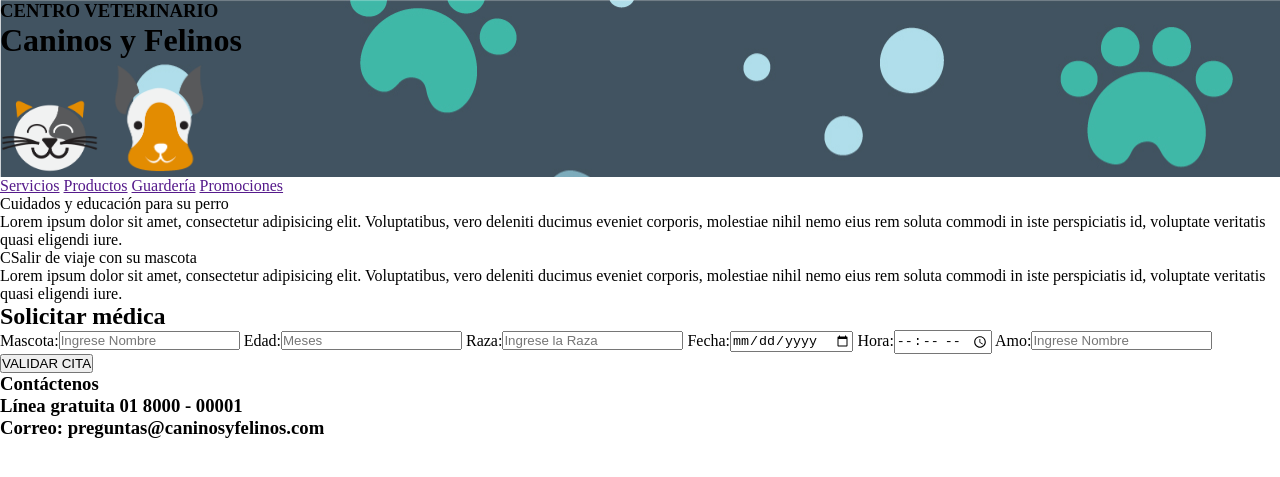
Repository: mariomr87/senaweb01
Page: principal.html
An editor plug-in stored every save of this project. The page is shown before and after the next save, followed by the edit.
The browser window is 1280 px wide. The pictures show the whole page.

Above is the page before, as saved 2021-09-26 19:45:19.

### principal.html
<!DOCTYPE html>
<html lang="en">
<head>
    <meta charset="UTF-8">
    <meta http-equiv="X-UA-Compatible" content="IE=edge">
    <meta name="viewport" content="width=device-width, initial-scale=1.0">
    <link rel="stylesheet" href="estilos.css">
    <title>Document</title>
</head>
<body>
    <div>
        <header>
            <div id="cabecera">
                <div class="header-text">
                    <h3>CENTRO VETERINARIO</h3>
                    <h1>Caninos y Felinos</h1>
                </div>
                <div class="header-text">
                    <img src="./imagenes/cat_white.png" alt="">
                    <img src="./imagenes/dog_white.png" alt="">
                </div>
            </div>
        </header>
        <nav>
            <td>
                <tr><a href="">Servicios</a></tr>
                <tr><a href="">Productos</a></tr>
                <tr><a href="">Guardería</a></tr>
                <tr><a href="">Promociones</a></tr>
            </td>
        </nav>
        <section>
            <article>
                <p>Cuidados y educación para su perro</p>
                <p>Lorem ipsum dolor sit amet, consectetur adipisicing elit. Voluptatibus, vero deleniti ducimus eveniet corporis, molestiae nihil nemo eius rem soluta commodi in iste perspiciatis id, voluptate veritatis quasi eligendi iure.</p>
            </article>
            <article>
                <p>CSalir de viaje con su mascota</p>
                <p>Lorem ipsum dolor sit amet, consectetur adipisicing elit. Voluptatibus, vero deleniti ducimus eveniet corporis, molestiae nihil nemo eius rem soluta commodi in iste perspiciatis id, voluptate veritatis quasi eligendi iure.</p>
            </article>
        </section>
        <aside>
            <form action="">
                <div><h2>Solicitar médica</h2></div>
                <div>
                    <label for="mascota_name">Mascota:</label><input type="text" placeholder="Ingrese Nombre" id="">
                    <label for="age_pet">Edad:</label><input type="number" name="" id="" placeholder="Meses">
                    <label for="raza_pet">Raza:</label><input type="text" name="" id="" placeholder="Ingrese la Raza">
                    <label for="fecha_ingreso_pet">Fecha:</label><input type="date" name="" id="">
                    <label for="hora_ingreso_pet">Hora:</label><input type="time" name="" id="">
                    <label for="amo_pet">Amo:</label><input type="text" name="" id="" placeholder="Ingrese Nombre">
                    <button type="submit">VALIDAR CITA</button>
                </div>
            </form>
        </aside>
        <footer>
            <h3>Contáctenos</h3>
            <h3>Línea gratuita 01 8000 - 00001</h3>
            <h3>Correo: preguntas@caninosyfelinos.com</h3>
        </footer>
    </div>
</body>
</html>

### estilos.css
*{
    margin: 0px;
    padding: 0px;
}

header div img{
    width: 8%;
}

header{

}

#cabecera{
    background-image: url("./imagenes/OPSEG70.jpg");
    background-repeat: initial;
    width: 100%;
}

.header-text .header-img{
    display: inline-block;
}

After the next save:
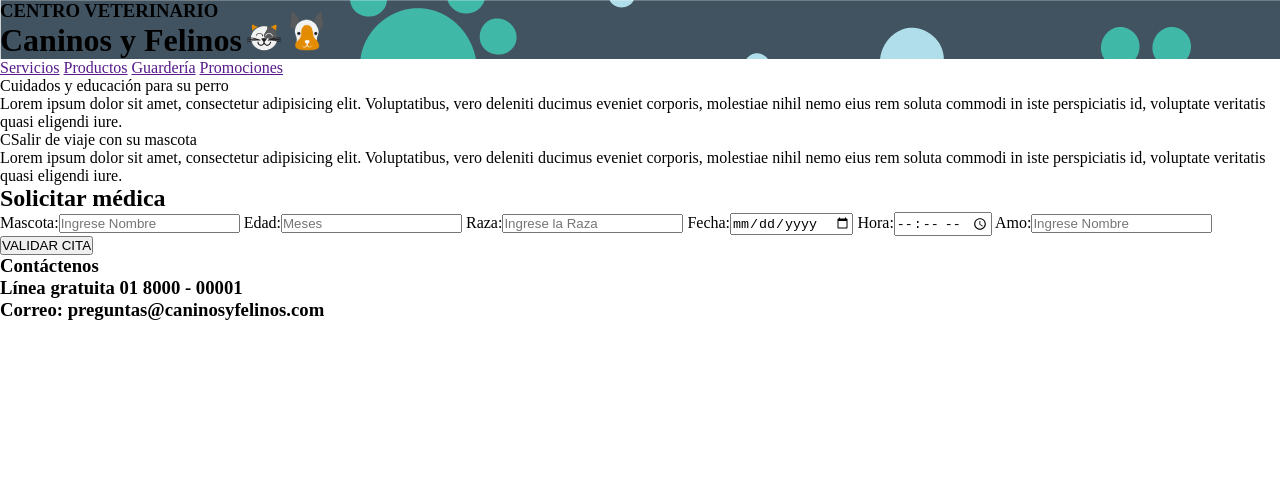
Saved 5 s later.
--- a/estilos.css
+++ b/estilos.css
@@ -17,6 +17,6 @@ header{
     width: 100%;
 }
 
-.header-text .header-img{
+.header-text{
     display: inline-block;
 }
